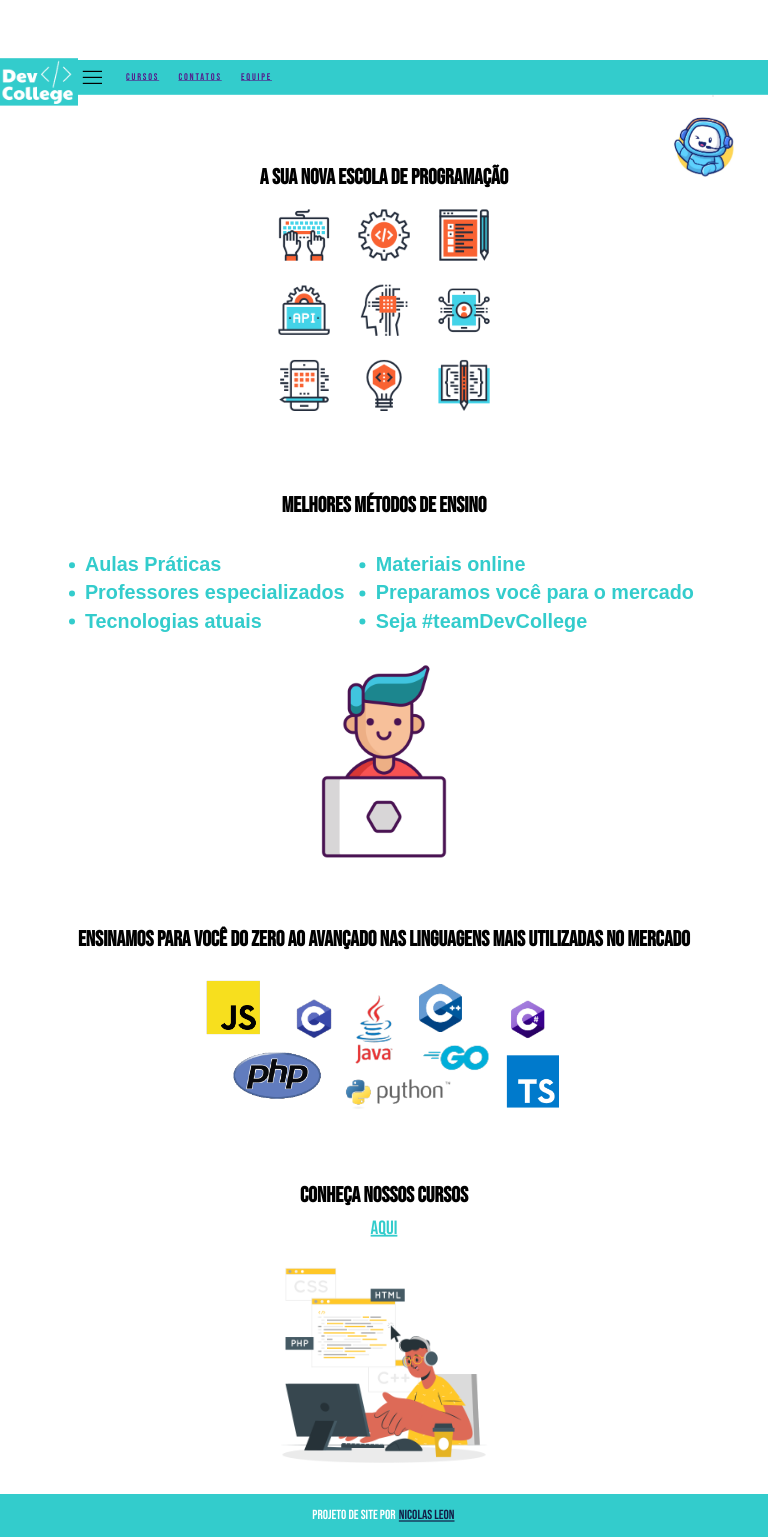
Repository: Leonngc/DEV-COLLEGE
Page: home.html
An editor plug-in stored every save of this project. The page is shown before and after a run of saves, followed by the edit.
The browser window is 1280 px wide. The pictures show the whole page, at 60% of full size.
Some web fonts or font styles are not loaded; a fallback is used.

Above is the page before, as saved 2023-02-28 22:53:29.

After the next 3 saves:
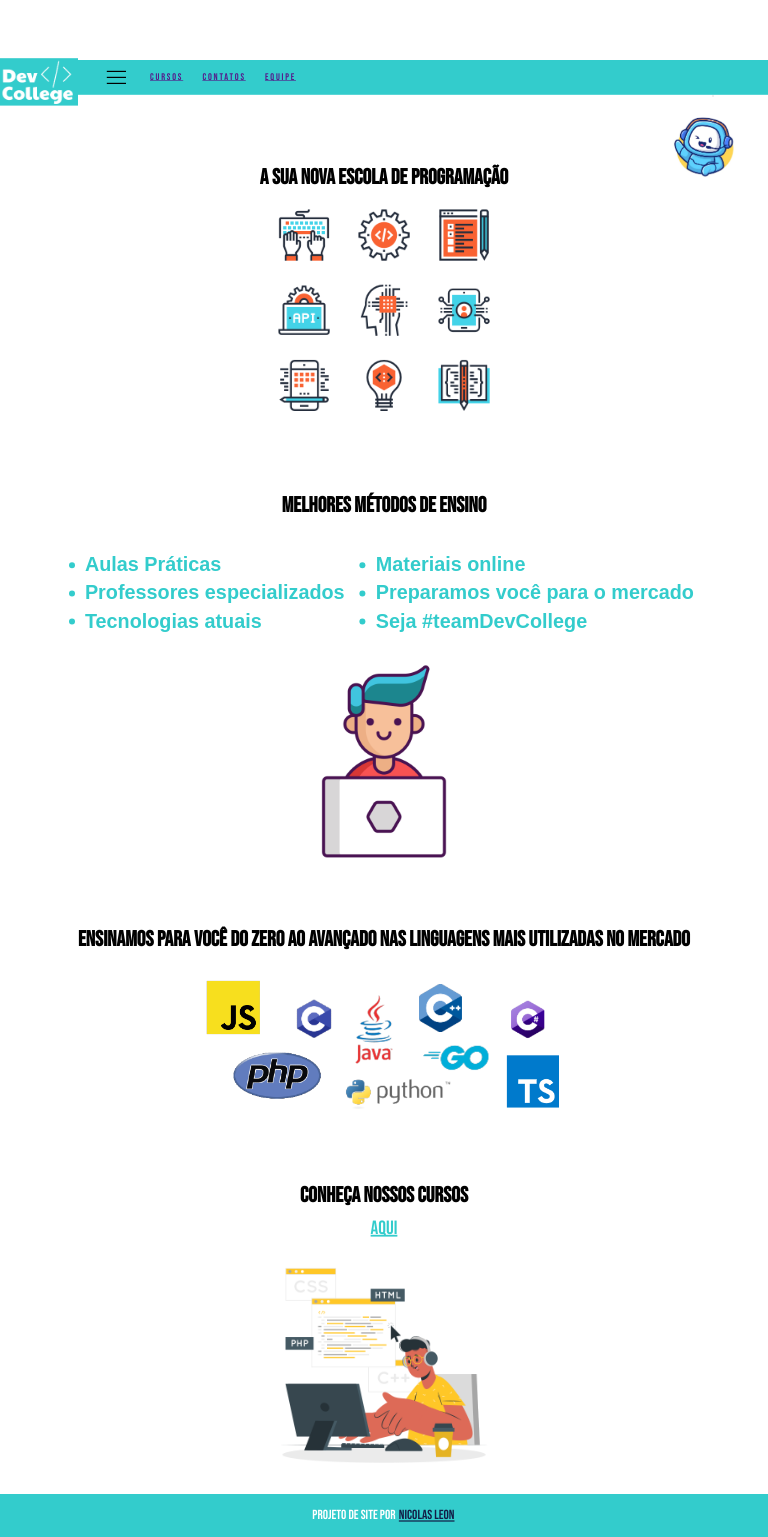
The 3 saves are shown as one change because they came seconds apart.
The last was saved 17 s later.
--- a/menu/menu.css
+++ b/menu/menu.css
@@ -30,11 +30,11 @@
 }
 
 
-#logo-container{
+.logo-container{
 text-align: center;
 }
 
-#logo{
+.logo{
 width: 170px;
 }
 
